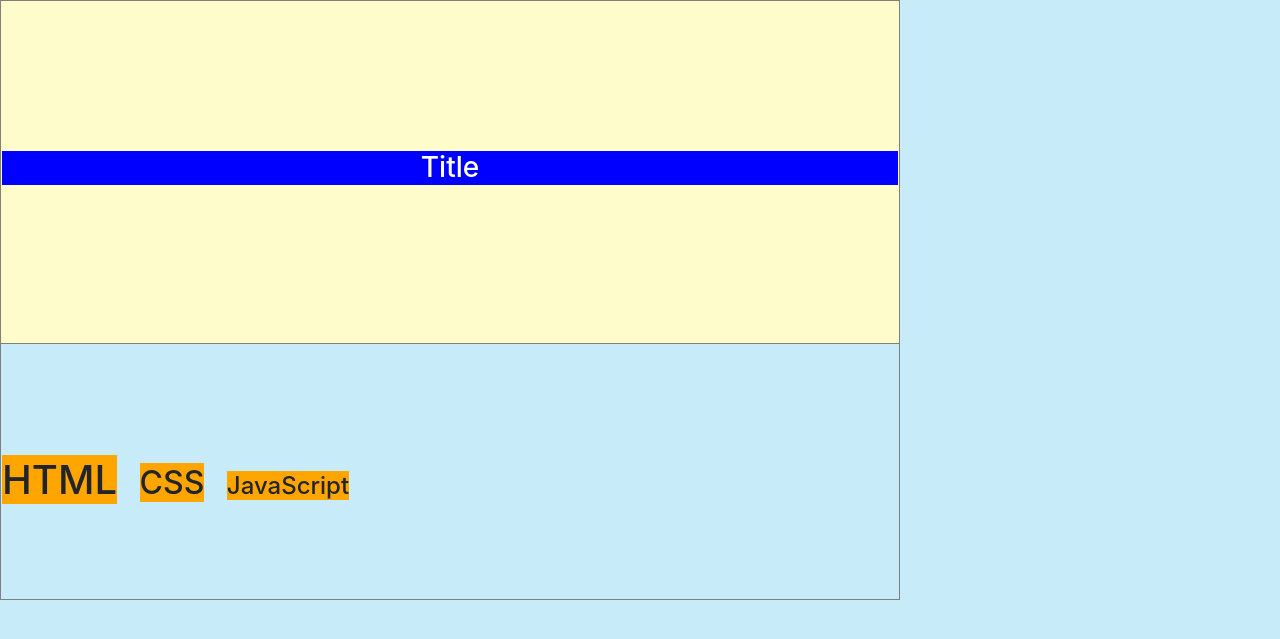
Repository: Hwangjiwon/MultiCampus
Page: http://localhost/2Study/jsp/header.jsp
An editor plug-in stored every save of this project. The page is shown before and after the next save, followed by the edit.
The browser window is 1280 px wide. The pictures show the whole page.
The page is served by Tomcat 9. Other server files are loaded and not shown.

Above is the page before, as saved 2019-05-31 07:05:35.

### 2Study/WebContent/jsp/header.jsp
<%@ page language="java" contentType="text/html; charset=UTF-8"
	pageEncoding="UTF-8"%>
<!DOCTYPE html>
<html>
<head>
<meta charset="UTF-8">
<title>HOME</title>

<!-- <link rel = "stylesheet" type = "text/css" href = "/2Study/css/style01.css"> -->
<link rel="stylesheet" href="https://stackpath.bootstrapcdn.com/bootstrap/4.3.1/css/bootstrap.min.css" integrity="sha384-ggOyR0iXCbMQv3Xipma34MD+dH/1fQ784/j6cY/iJTQUOhcWr7x9JvoRxT2MZw1T" crossorigin="anonymous">
<style> @import "/2Study/css/style01.css";></style>
<style> @import "/2Study/css/mystyle.css";></style>
</head>
<body>
	<table border="1" width="900" height="600">
		<tr height="15%" style = "background: #FFFCCC">
			<td colspan="2"><h3>Title</h3></td>
		</tr>
		<tr height="5%">
			<td colspan="2"><p><h1> HTML</h1> &nbsp;&nbsp;&nbsp; <h2> CSS</h2> &nbsp;&nbsp;&nbsp;
				<h4>JavaScript</h4></td>
		</tr>

### 2Study/WebContent/css/style01.css
body {
	background: #C8EBFA;
}

h3 {
	background: blue;
	color: white;
	text-align: center;
}

### 2Study/WebContent/css/mystyle.css
h1, h2, h4 {
	background: orange;
	display: inline;
}
li:first-letter{
	color : #822CC2;
	font-size : 30px;
	font-weight : bold;
}
li {
	font-weight: bold;
}

#must {
	background: #FBCFD0;
}

#option, #etc {
	background: #C8EFD4;
}

#add {
	background: #EDD3ED;
}

After the next save:
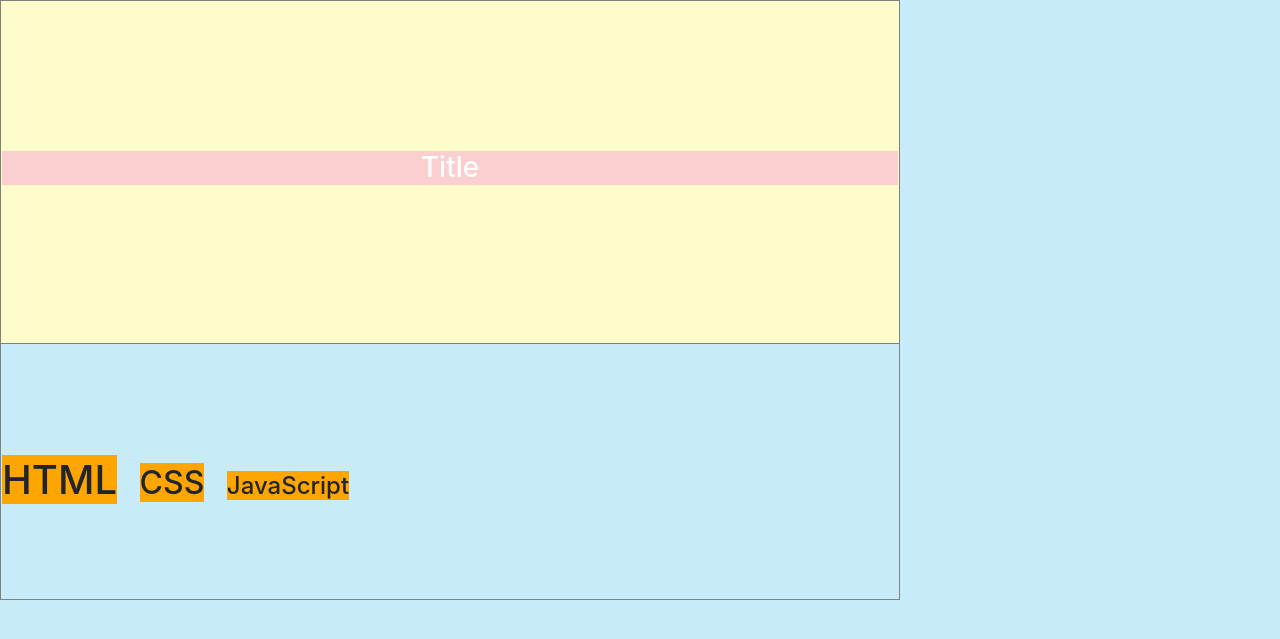
Saved 56 s later.
--- a/2Study/WebContent/css/style01.css
+++ b/2Study/WebContent/css/style01.css
@@ -3,7 +3,7 @@
 }
 
 h3 {
-	background: blue;
+	background: #FBCFD0;
 	color: white;
 	text-align: center;
 }

After the save that followed:
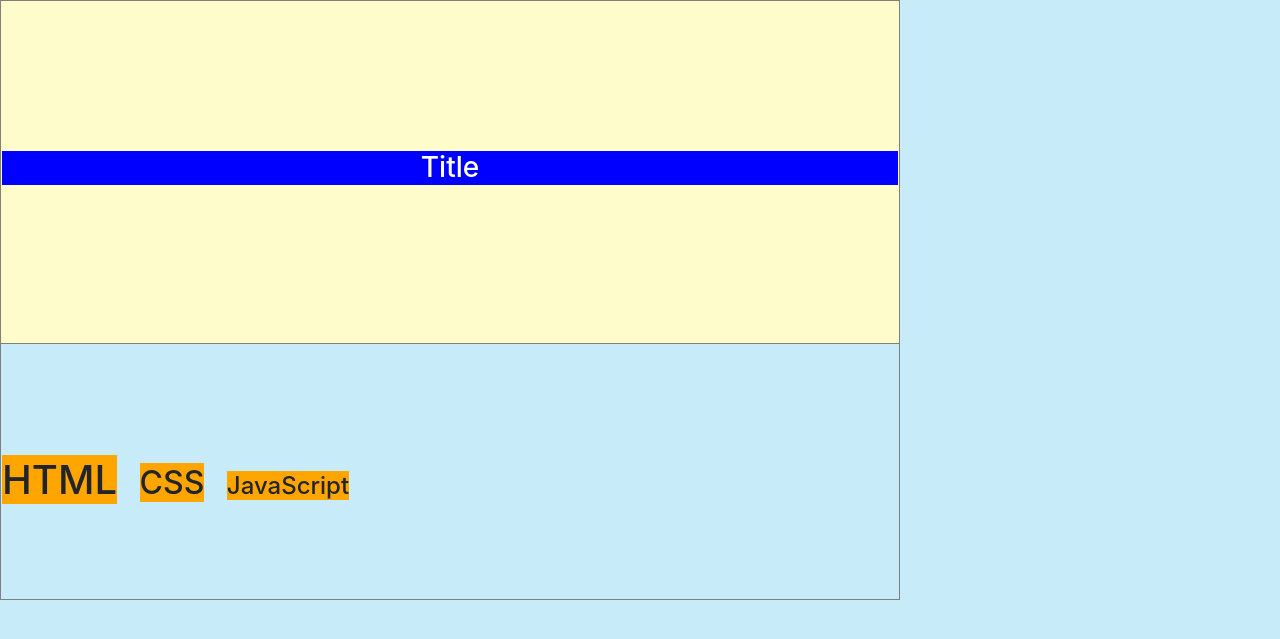
Saved 27 s later.
--- a/2Study/WebContent/css/style01.css
+++ b/2Study/WebContent/css/style01.css
@@ -3,7 +3,7 @@
 }
 
 h3 {
-	background: #FBCFD0;
+	background: blue;
 	color: white;
 	text-align: center;
 }
